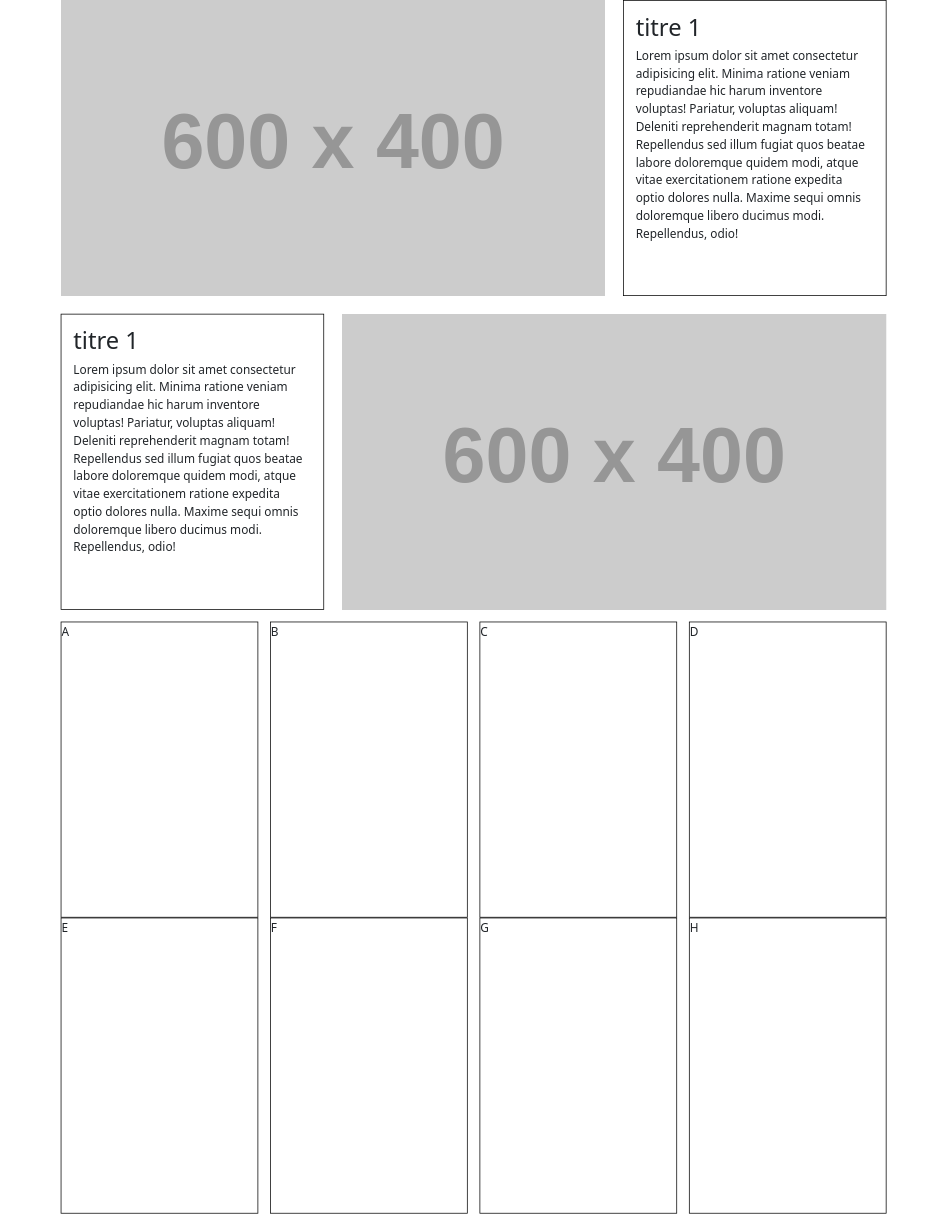
Repository: fbansept/ran3_24_jeu
Page: correction-tp.html
The author's editor kept a copy of each file at every save. The page is drawn from the files as they stood at one save, then again after a run of saves.
The browser window is 1280 px wide. The pictures show the whole page, at 74% of full size.

Above is the page before, as saved 2024-10-22 15:45:42.

After the next 4 saves:
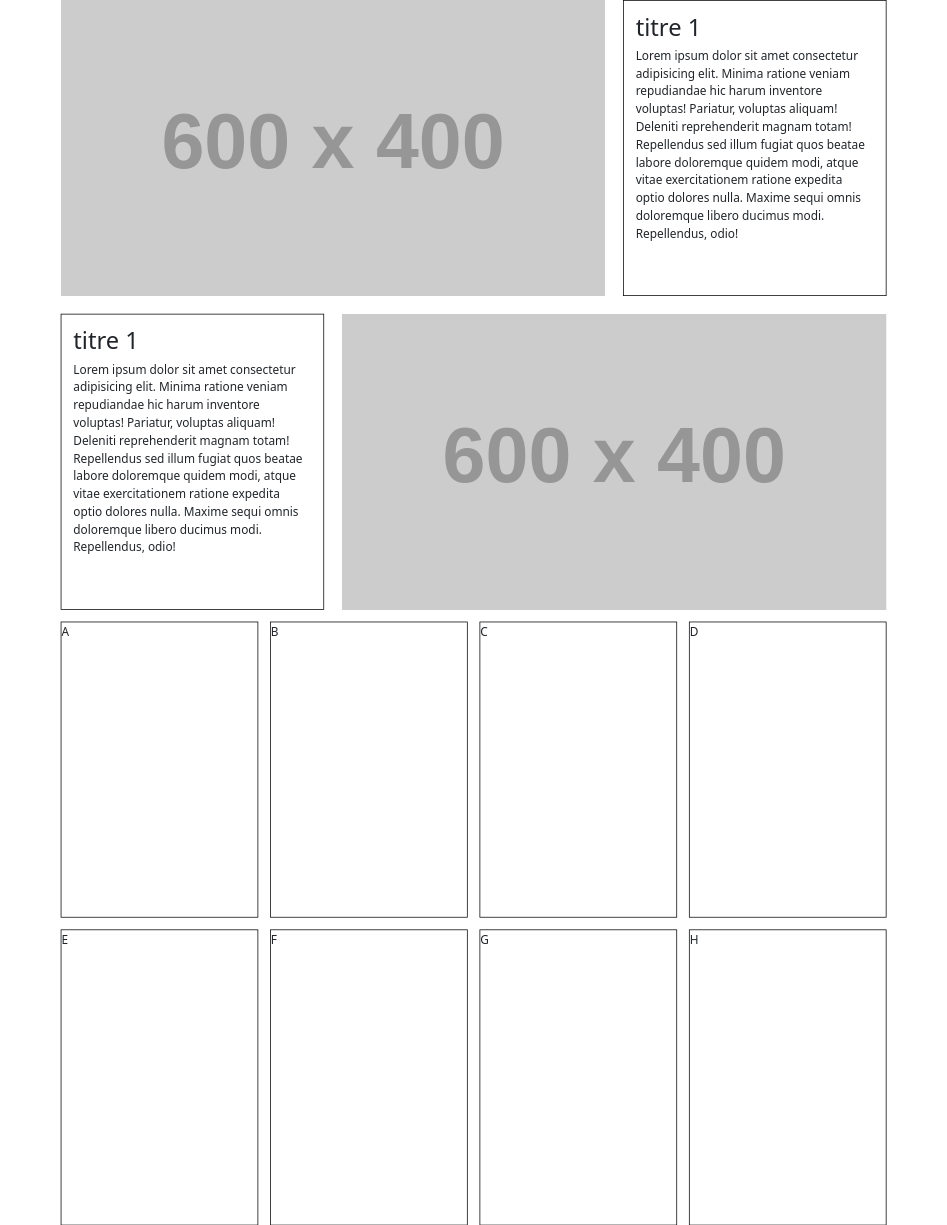
The 4 saves are shown as one change because they came seconds apart.
The last was saved 12 s later.
--- a/correction-tp.html
+++ b/correction-tp.html
@@ -79,16 +79,16 @@
       <article class="col mt-lg-0">
         <div><span>D</span></div>
       </article>
-      <article class="col mt-lg-0">
+      <article class="col">
         <div><span>E</span></div>
       </article>
-      <article class="col mt-lg-0">
+      <article class="col">
         <div><span>F</span></div>
       </article>
-      <article class="col mt-lg-0">
+      <article class="col">
         <div><span>G</span></div>
       </article>
-      <article class="col mt-lg-0">
+      <article class="col">
         <div><span>H</span></div>
       </article>
     </section>
